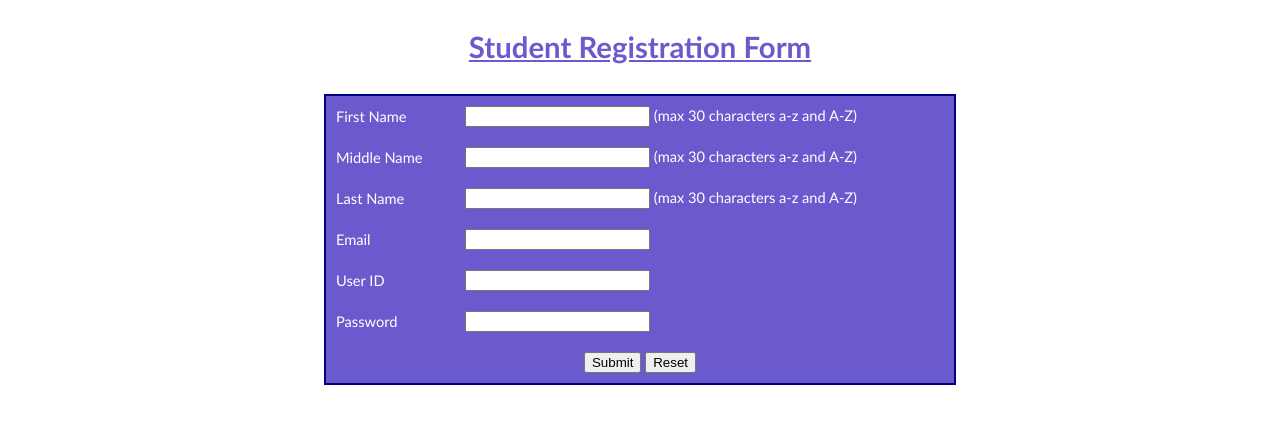
Repository: yeswanthvinnakota/MVCApplication
Page: http://localhost/TestApplication/WEB-INF/register.jsp
These files come from the project's save history. The page is drawn as it stood at one moment and after the next save; the edit follows.
The browser window is 1280 px wide. The pictures show the whole page.
The page is served by Tomcat 9. Nobody is signed in. Other server files are loaded and not shown. The template is opened directly, without the code that normally fills it, so the values that code supplies are empty.

Above is the page before, as saved 2018-04-14 08:40:58.

### TestApplication/WebContent/WEB-INF/register.jsp
<%@ page language="java" contentType="text/html; charset=UTF-8"
    pageEncoding="UTF-8"%>
<!DOCTYPE html PUBLIC "-//W3C//DTD HTML 4.01 Transitional//EN" "http://www.w3.org/TR/html4/loose.dtd">
<html>
<head>
<title>Registration Form</title>
<style type="text/css">
h3{font-family: Calibri; font-size: 22pt; font-style: normal; font-weight: bold; color:SlateBlue;
text-align: center; text-decoration: underline }
table{font-family: Calibri; color:white; font-size: 11pt; font-style: normal;width: 50%;
text-align:; background-color: SlateBlue; border-collapse: collapse; border: 2px solid navy}
table.inner{border: 0px}
</style>
</head>
<body>
<h3>Student Registration Form</h3>
<form action="RegisterServlet" method="POST">
<table align="center" cellpadding = "10">
<tr>
<td>First Name</td>
<td><input type="text" name="firstName" maxlength="30"/>
(max 30 characters a-z and A-Z)
</td>
</tr>
<tr>
<td>Middle Name</td>
<td><input type="text" name="middleName" maxlength="30"/>
(max 30 characters a-z and A-Z)
</td>
</tr>
<tr>
<td>Last Name</td>
<td><input type="text" name="lastName" maxlength="30"/>
(max 30 characters a-z and A-Z)
</td>
</tr>
<tr>
<td>Email</td>
<td><input type="text" name="email" maxlength="100" /></td>
</tr>
<tr>
<td>User ID</td>
<td><input type="text" name="userId" maxlength="100" /></td>
</tr>
<tr>
<td>Password</td>
<td><input type="text" name="password" maxlength="100" /></td>
</tr>
<tr>
<td colspan="2" align="center">
<input type="submit" value="Submit">
<input type="reset" value="Reset">
</td>
</tr>
</table>
</form>
</body>
</html>

After the next save:
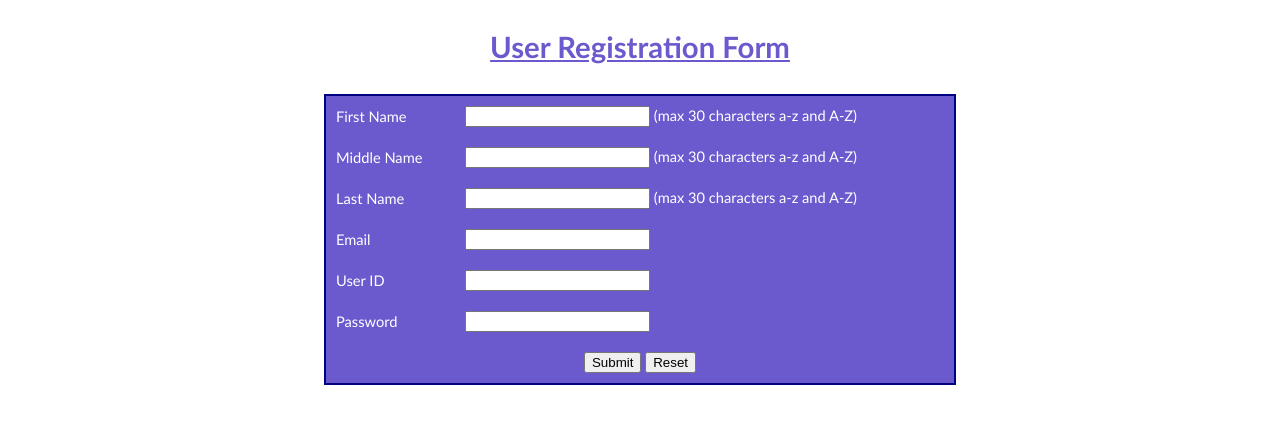
Saved 20 s later.
--- a/TestApplication/WebContent/WEB-INF/register.jsp
+++ b/TestApplication/WebContent/WEB-INF/register.jsp
@@ -13,7 +13,7 @@ table.inner{border: 0px}
 </style>
 </head>
 <body>
-<h3>Student Registration Form</h3>
+<h3>User Registration Form</h3>
 <form action="RegisterServlet" method="POST">
 <table align="center" cellpadding = "10">
 <tr>
